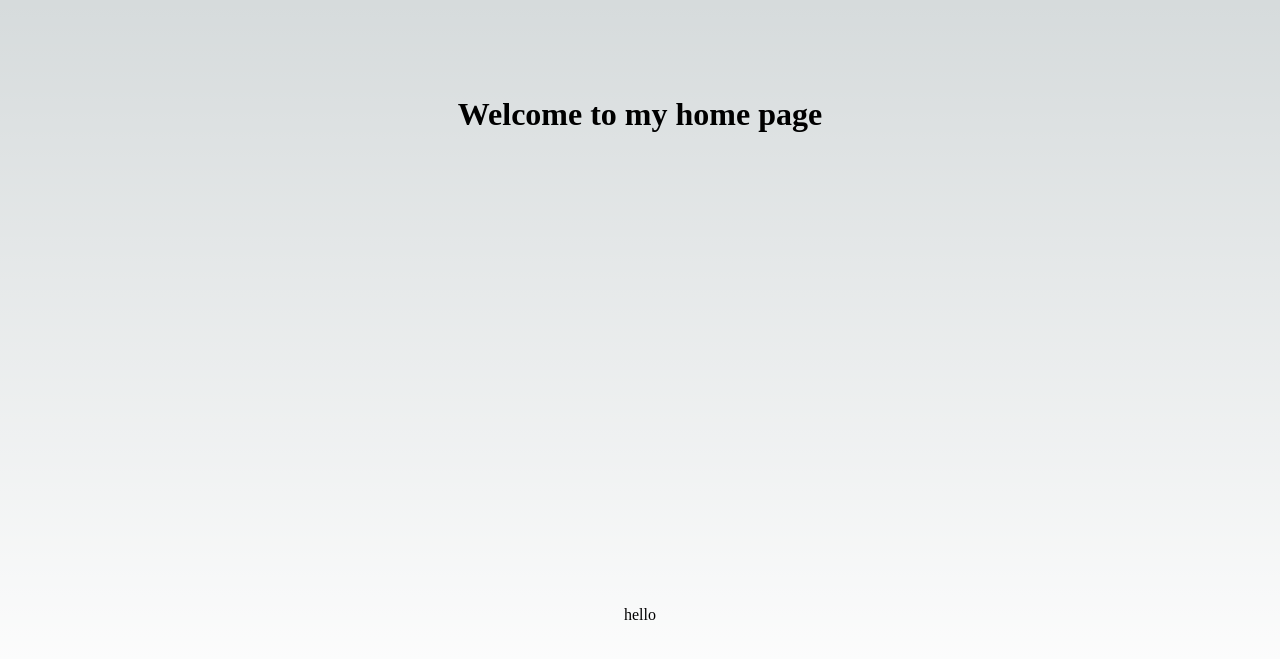
Repository: RonanKhalilOlaes/Week04
Page: /
The author's editor kept a copy of each file at every save. The page is drawn from the files as they stood at one save, then again after the next save.
The browser window is 1280 px wide. The pictures show the whole page.
The project was rebuilt for these pictures with package versions that can differ from the ones it lists, and the page was loaded fresh each time. The framework's server and built-in components were replaced by stand-ins that run in the browser. Also part of the build but not shown: next.config.js.

Above is the page before, as saved 2023-01-23 10:54:51.

After the next save:
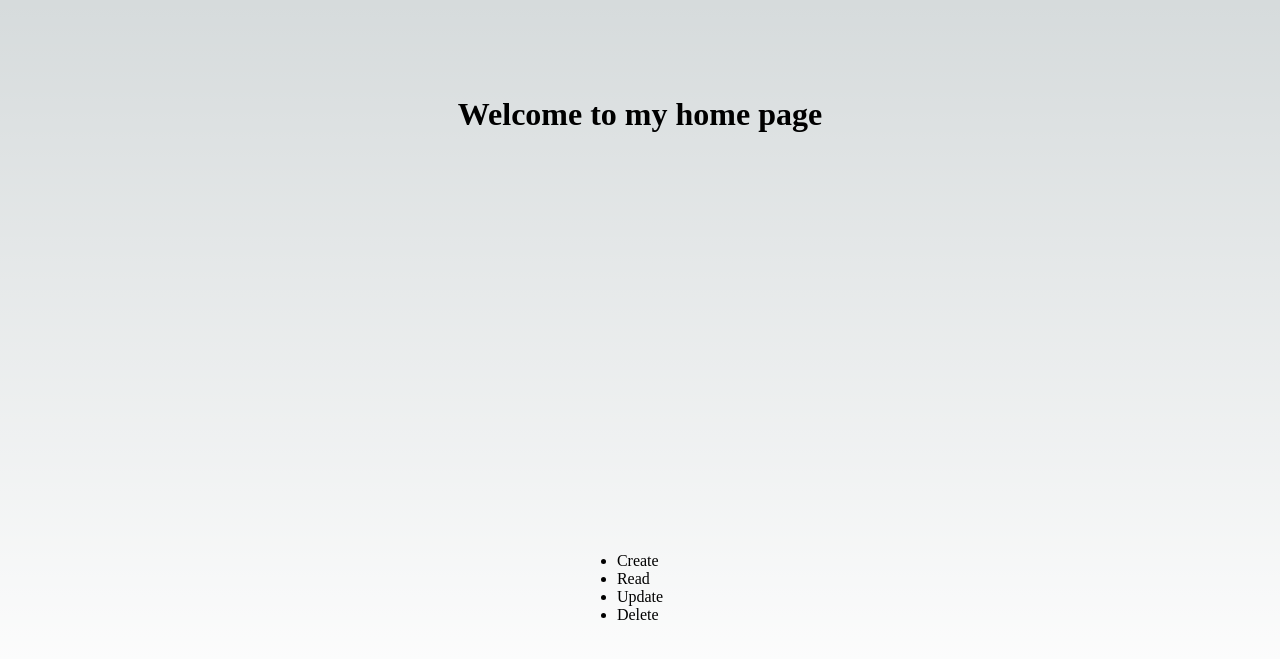
Saved 95 s later.
--- a/pages/index.js
+++ b/pages/index.js
@@ -17,7 +17,12 @@ export default function Home() {
 
       <main className={styles.main}>
         <h1>Welcome to my home page</h1>
-        <ul>hello </ul>
+        <ul>
+          <li>Create</li>
+          <li>Read</li>
+          <li>Update</li>
+          <li>Delete</li>
+        </ul>
       </main>
     </>
   )
